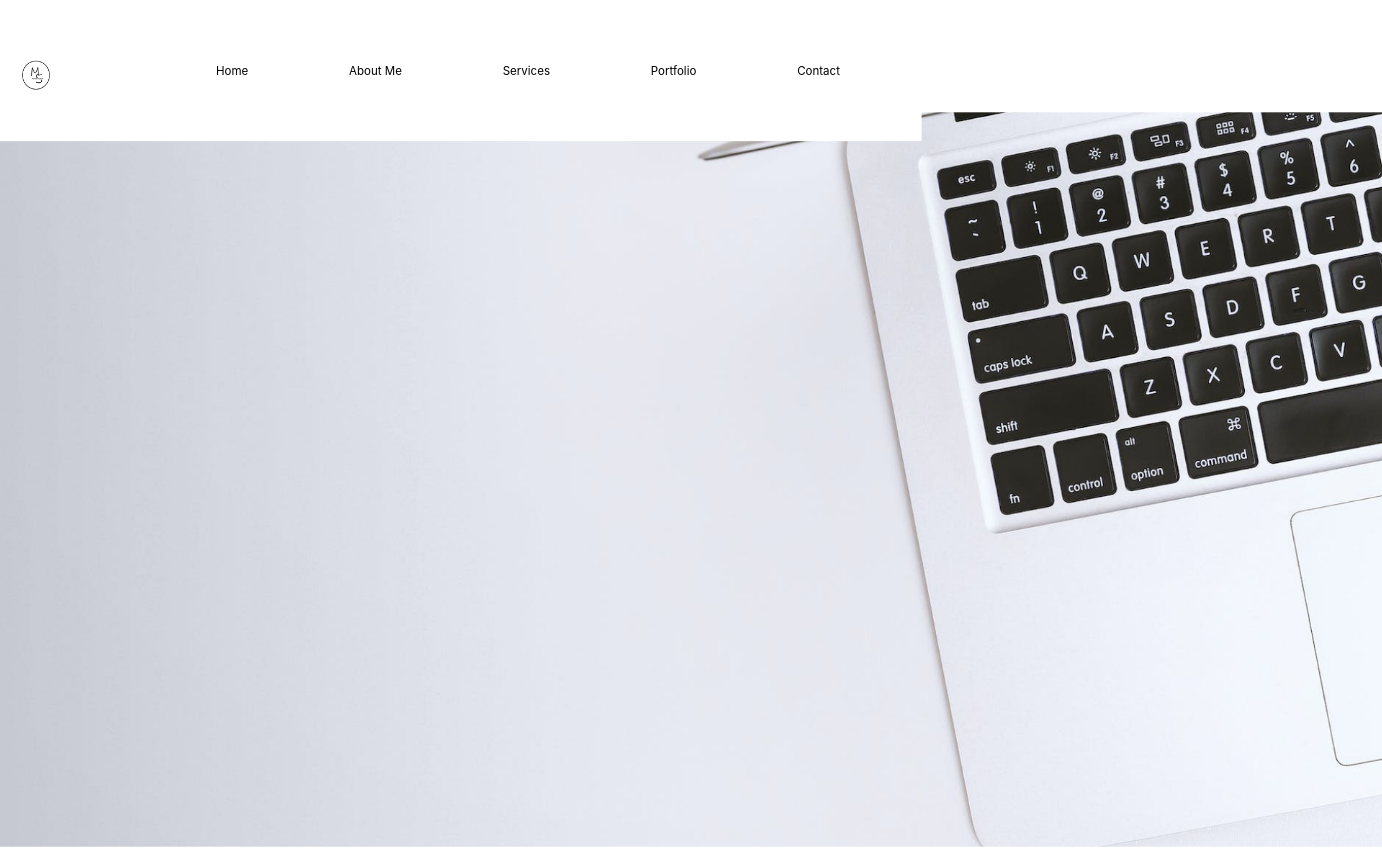
Repository: MEROO1010/Portfolio-2
Page: /
The author's editor kept a copy of each file at every save. The page is drawn from the files as they stood at one save, then again after the next save.
The browser window is 1280 px wide. The page is 1920 px wide, so the pictures cover 1920 px, including what lies to the right of the window. The pictures show the whole page, at 72% of full size.
The project was rebuilt for these pictures with package versions that can differ from the ones it lists, and the page was loaded fresh each time.

Above is the page before, as saved 2023-12-16 11:05:58.

### src/App.js
import './App.css';
import Home from './components/Home';
import Navbar from './components/Navbar';

function App() {
  return (
    <div className="App">
     <Navbar/>
     <Home/>
    </div>
  );
}

export default App;

### src/components/Home.js
import React from 'react'
import HomeImage from "../images/header background.png";
import styled from "styled-components"


const Home = () => {
  return (
    <Container>
        <img src={HomeImage}alt=""/>
    </Container>
  )
}

const Container = styled.div`
 width: 100%;
`

export default Home

### src/components/Navbar.js
import React from 'react'
import styled from "styled-components"
import MYLOGO from "../images/white logo.png";

const Navbar = () => {
  return (
    <Container>
       <ul>
          <li>Home</li>
          <li>About Me</li>
          <li>Services</li>
          <li>Portfolio</li>
          <li>Contact</li>
       </ul>

       <Logo>
       <img src={MYLOGO}alt=""/>
       </Logo>
    </Container>
  )
}


const Container = styled.div `
  margin-top:40px;
  background-color:white;
  position:relative;
  top:40px;



  ul{
    position:relative;
   list-style-type: none;
  margin-top: 10px;
  padding-left: 20px;
  top: 8px;
  left:140px;
  overflow: hidden;
  }

  li {
    position:sticky;
    justifyContent: flex-end;
    display: flex;
    right:100px;
  float: left;
  padding-left: 20px;
  margin-left:120px;


}
li a {
  display: block;
  color: white;
  text-align: center;
  padding: 16px;
  text-decoration: none;
}

li a:hover {
  background-color: #111111;
}
`

const Logo = styled.div `
position:relative;
bottom:40px;
padding-bottom:80px;
 img{
 width:60px;
 height:60px;
 float: left;
 margin-left:20px;
 padding-bottom:20px;
 justifyContent: flex-end;

 }
`

export default Navbar

Loaded but not shown: public/index.html (common file); src/index.js (common file); src/index.css (common file); src/reportWebVitals.js (common file); src/App.css (common file)

After the next save:
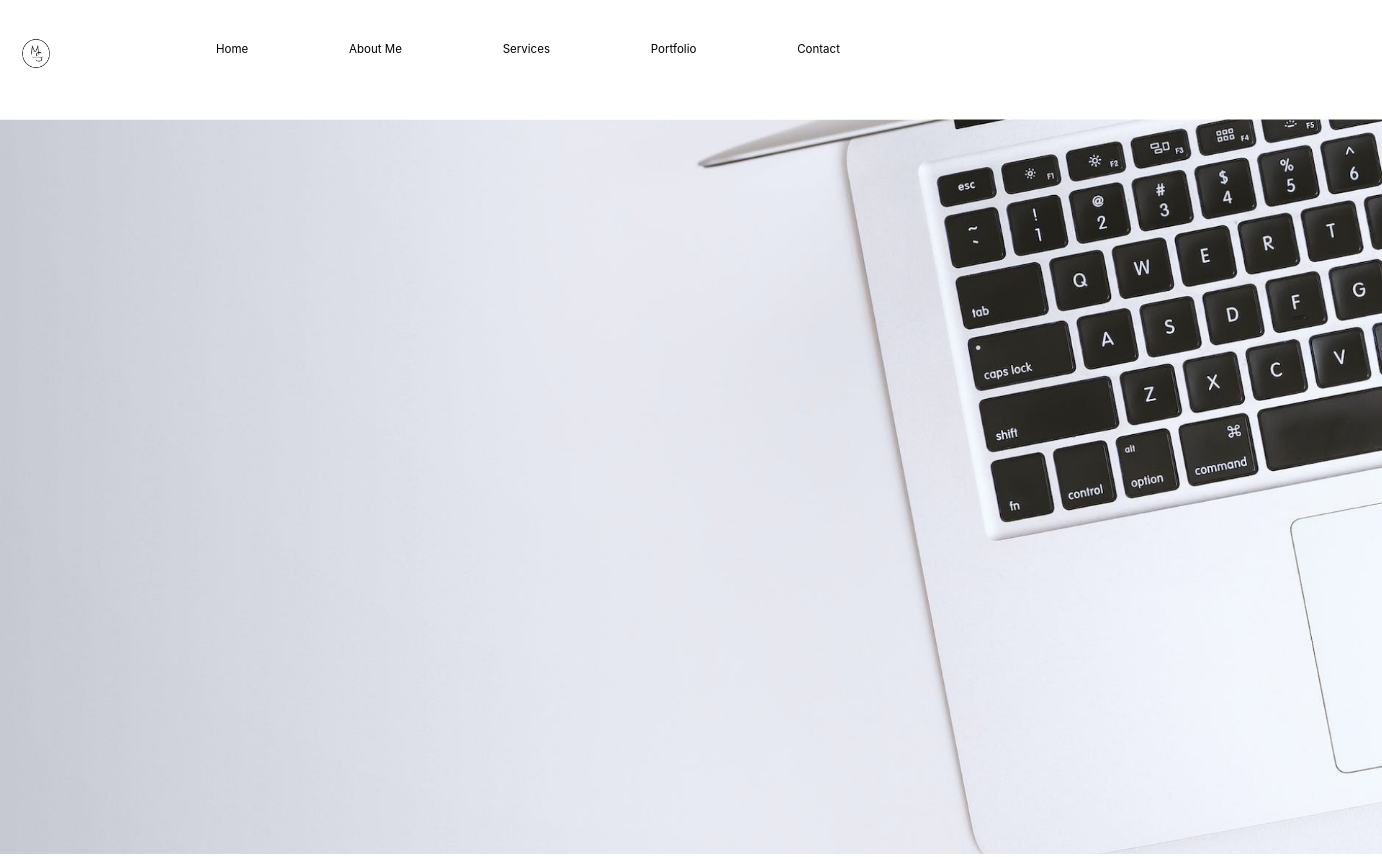
Saved 6 s later.
--- a/src/components/Navbar.js
+++ b/src/components/Navbar.js
@@ -22,7 +22,7 @@ const Navbar = () => {
 
 
 const Container = styled.div `
-  margin-top:40px;
+  margin-bottom:40px;
   background-color:white;
   position:relative;
   top:40px;
